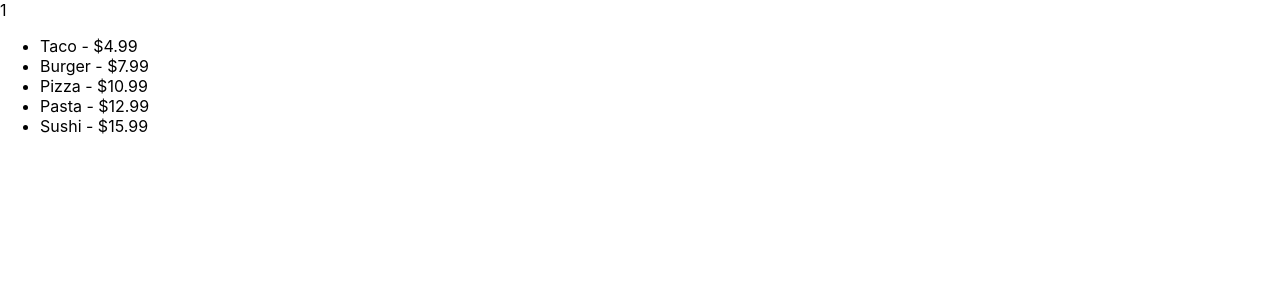
Repository: badhon252/Fullstack-Rect
Page: /
An editor plug-in stored every save of this project. The page is shown before and after the next save, followed by the edit.
The browser window is 1280 px wide. The pictures show the whole page.
The project was rebuilt for these pictures with package versions that can differ from the ones it lists, and the page was loaded fresh each time. Also part of the build but not shown: src/App.css.

Above is the page before, as saved 2023-04-13 16:13:24.

### src/App.js
import { sort } from "mathjs";
import "./App.css";
const foodItems = [
  {
    id: 1,
    name: "Pizza",
    price: 10.99,
    description: "A classic pizza with tomato sauce, cheese, and pepperoni",
  },
  {
    id: 2,
    name: "Burger",
    price: 7.99,
    description: "A juicy beef burger with lettuce, tomato, and onion",
  },
  {
    id: 3,
    name: "Sushi",
    price: 15.99,
    description: "A selection of fresh sushi rolls with soy sauce and wasabi",
  },
  {
    id: 4,
    name: "Taco",
    price: 4.99,
    description: "A crispy taco with ground beef, lettuce, and cheese",
  },
  {
    id: 5,
    name: "Pasta",
    price: 12.99,
    description: "Penne pasta with tomato sauce, basil, and parmesan cheese",
  },
];
function App() {
  const listItem = foodItems
    .sort((a, b) => a.price - b.price)
    .map((dessert) => {
      const itemText = `${dessert.name} - $${dessert.price}`;
      return <li key={dessert.id}>{itemText}</li>;
    });

  const sortedByPrice = foodItems.map((items) => {
    return items.price;
  });
  console.log(sortedByPrice.sort((a, b) => a - b));
  return (
    <div>
      1<ul>{listItem}</ul>
    </div>
  );
}

export default App;

Loaded but not shown: public/index.html (common file); src/index.js (common file); src/index.css (common file); src/reportWebVitals.js (common file)

After the next save:
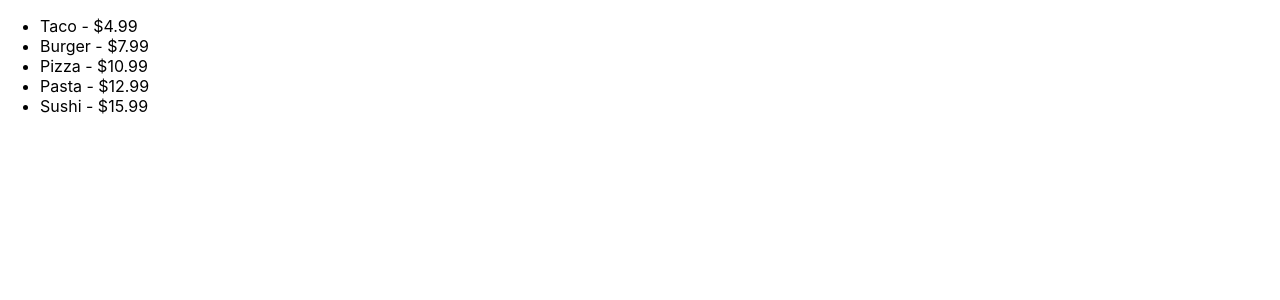
Saved 13 s later.
--- a/src/App.js
+++ b/src/App.js
@@ -46,7 +46,7 @@ function App() {
   console.log(sortedByPrice.sort((a, b) => a - b));
   return (
     <div>
-      1<ul>{listItem}</ul>
+      <ul>{listItem}</ul>
     </div>
   );
 }
